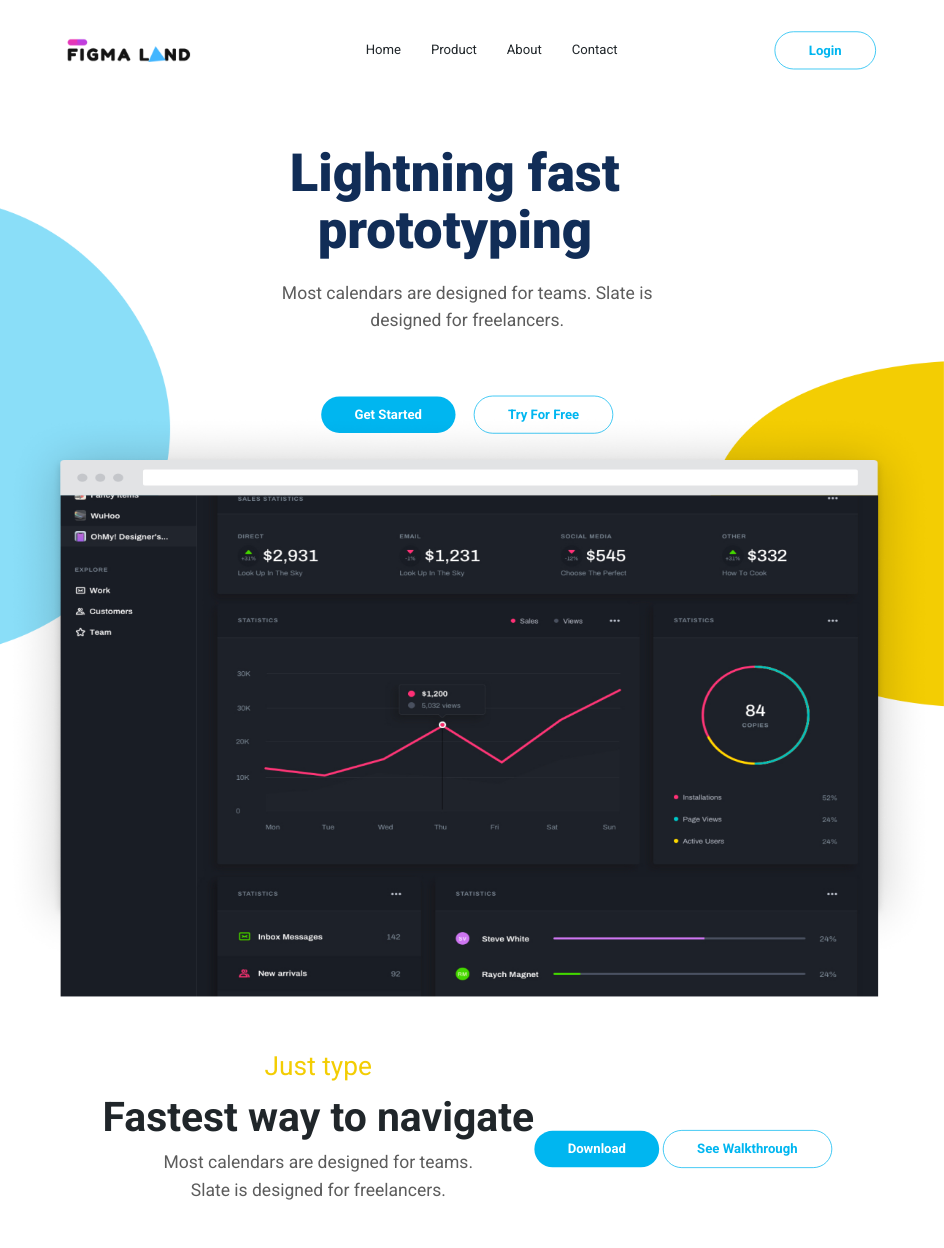
Repository: tungcutte35/Figma-Land
Page: sass/index.html
An editor plug-in stored every save of this project. The page is shown before and after the next save, followed by the edit.
The browser window is 1280 px wide. The page is 1293 px wide, so the pictures cover 1293 px, including what lies to the right of the window. The pictures show the whole page, at 73% of full size.
The style sheet was rebuilt from its Sass, Less or Tailwind sources for each picture, by a compiler version that may differ from the author's.

Above is the page before, as saved 2021-10-23 17:22:48.

After the next save:
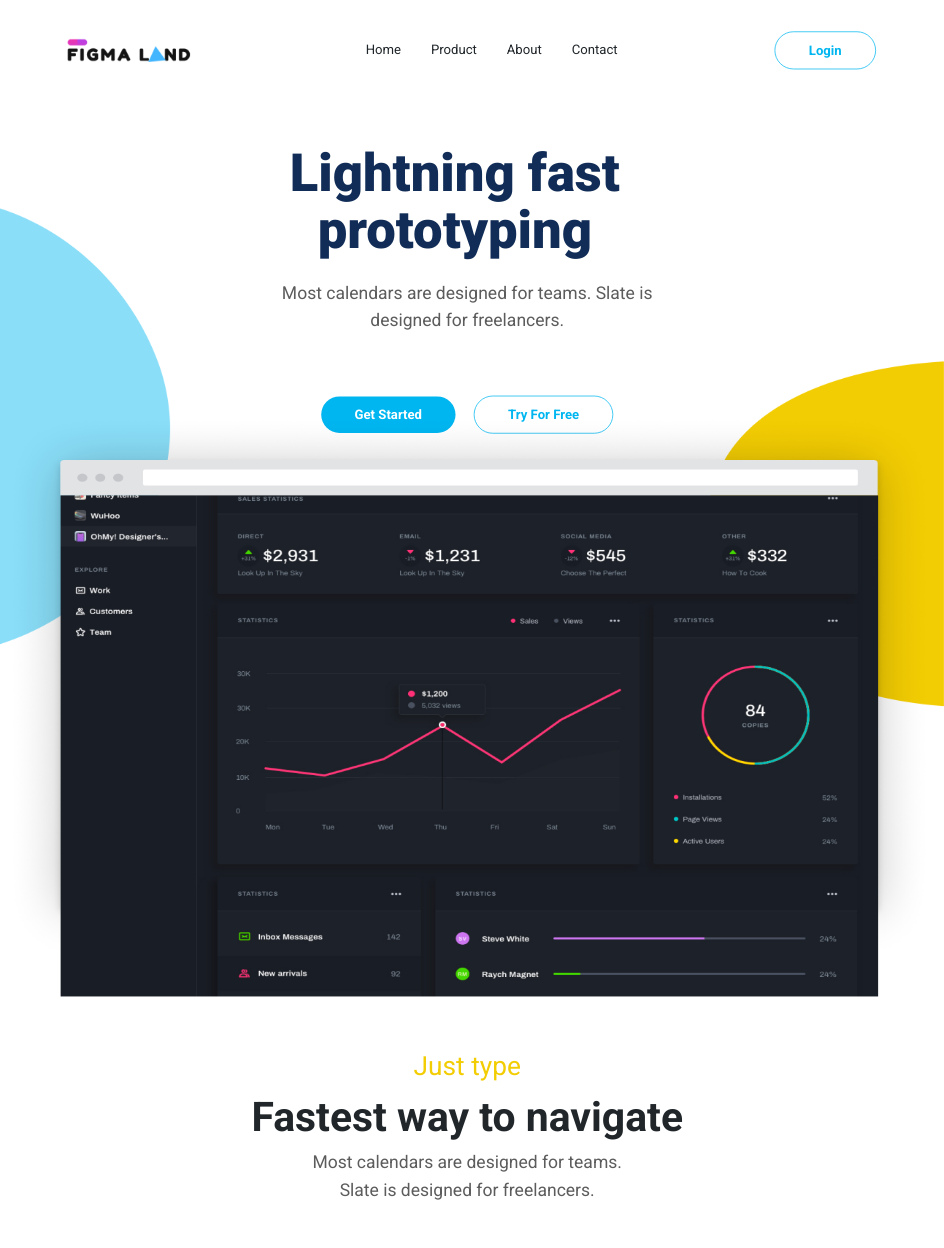
Saved 16 s later.
--- a/sass/index.html
+++ b/sass/index.html
@@ -73,10 +73,7 @@
             Slate is designed for freelancers.
           </p>
          </div>
-         <div class="fastest-button">
-           <button class="button button--primary">Download</button>
-           <button class="button button--outline">See Walkthrough</button>
-         </div>
+
        </div>
      </div>
    </section>
